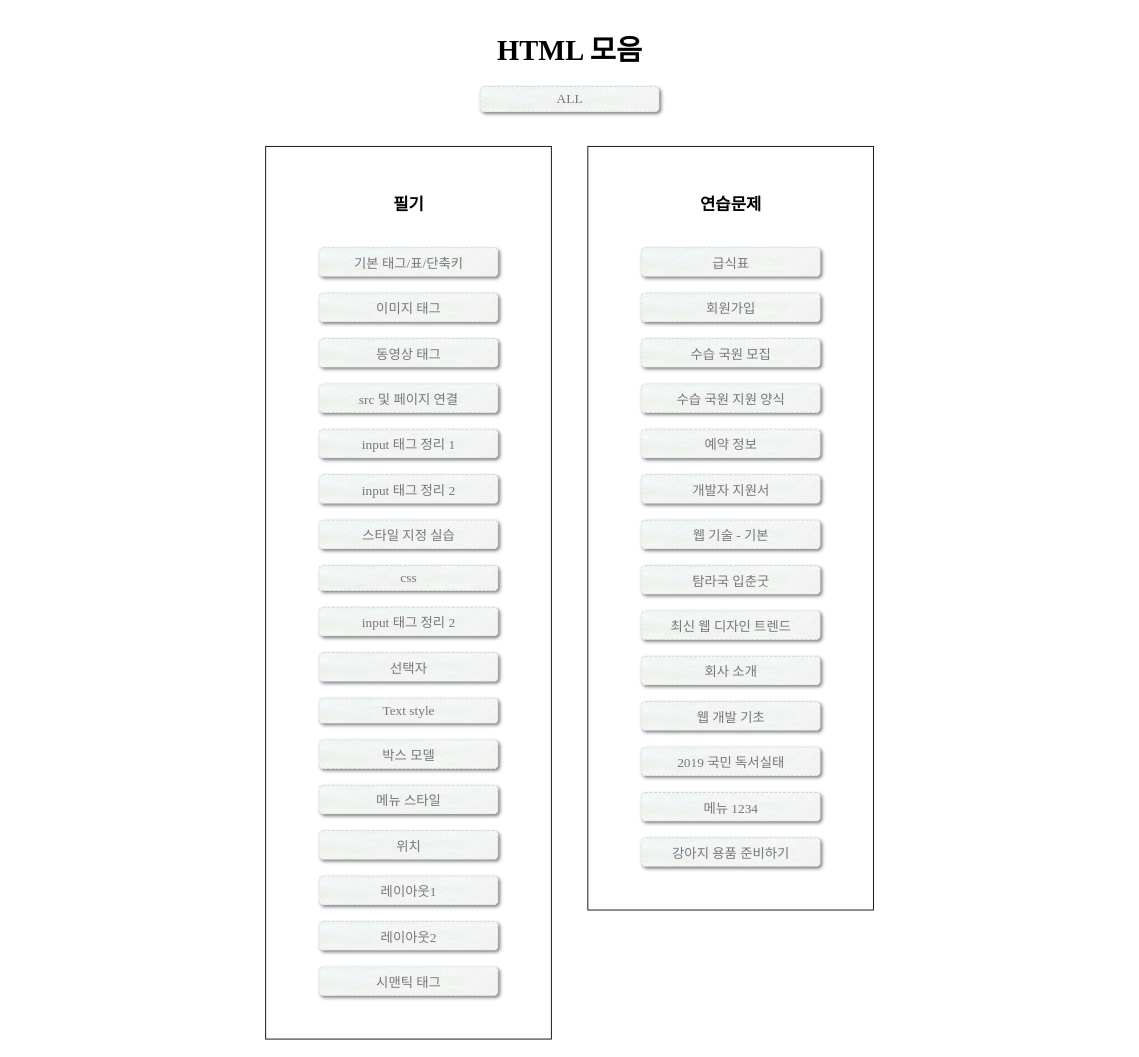
Repository: itkezi/HTML_2022_505
Page: Web/WebContent/HTML/ALL.html
The author's editor kept a copy of each file at every save. The page is drawn from the files as they stood at one save, then again after the next save.
The browser window is 1280 px wide. The pictures show the whole page, at 89% of full size.
Some web fonts or font styles are not loaded; a fallback is used.

Above is the page before, as saved 2022-03-29 06:22:01.

After the next save:
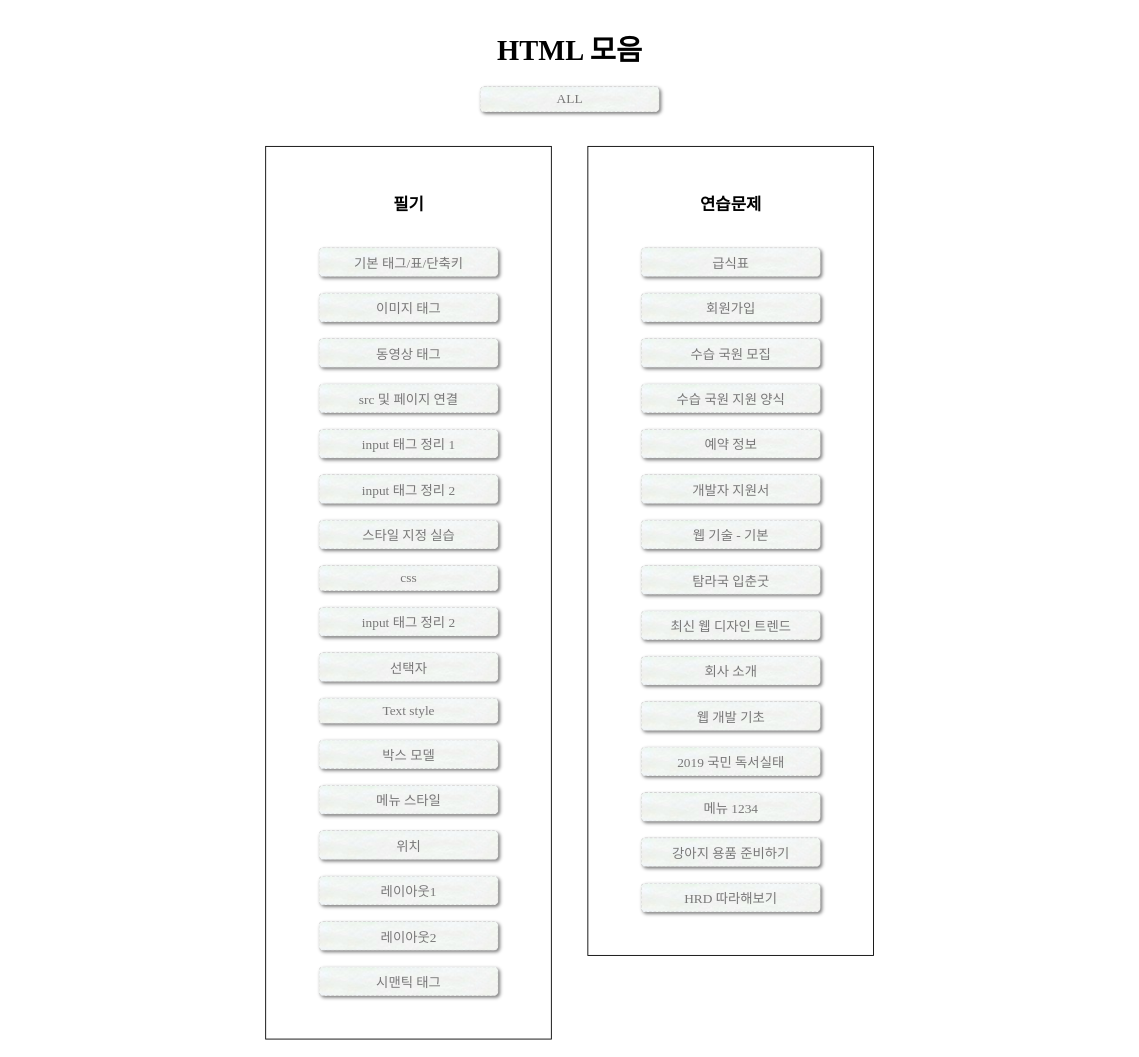
Saved 44 min 21 s later.
--- a/Web/WebContent/HTML/ALL.html
+++ b/Web/WebContent/HTML/ALL.html
@@ -120,6 +120,8 @@ a {
 		<br>
 		<a href="http://localhost:8080/Web/HTML/0329_EX.html" target='_blank'> 강아지 용품 준비하기</a>
 		<br>
+		<a href="http://localhost:8080/Web/HTML/0329_EX2.html" target='_blank'> HRD 따라해보기</a>
+		<br>
 	</div>
 </div>
 </body>
